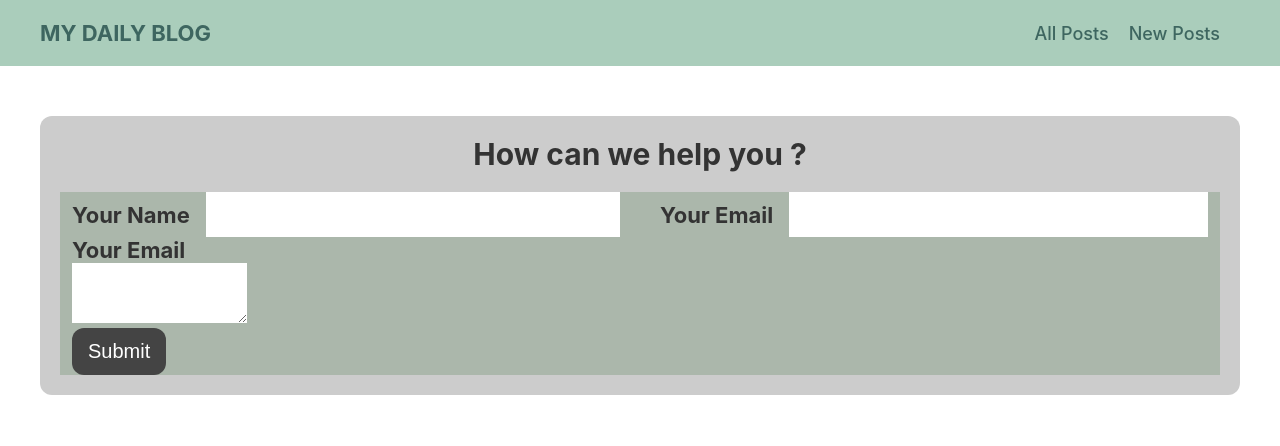
Repository: lyvandat/post-project-nextjs
Page: /new-post
These files come from the project's save history. The page is drawn as it stood at one moment and after the next save; the edit follows.
The browser window is 1280 px wide. The pictures show the whole page.
The project was rebuilt for these pictures with package versions that can differ from the ones it lists, and the page was loaded fresh each time. The framework's server and built-in components were replaced by stand-ins that run in the browser. Also part of the build but not shown: next.config.js.

Above is the page before, as saved 2022-09-26 18:39:35.

After the next save:
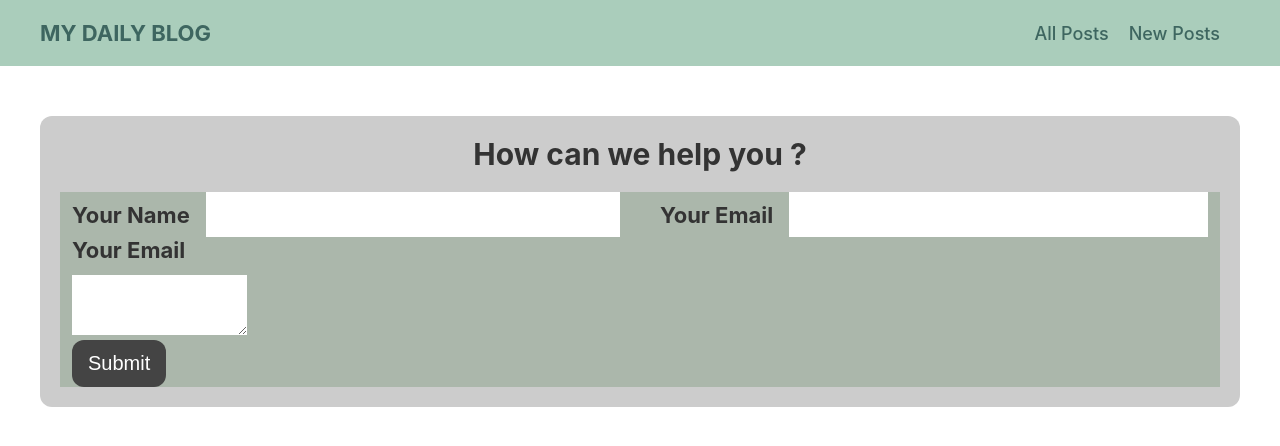
Saved 12 s later.
--- a/components/posts/NewPost.module.css
+++ b/components/posts/NewPost.module.css
@@ -43,6 +43,7 @@
 
 .text label {
   display: block;
+  margin-bottom: 12px;
 }
 
 .actions {
